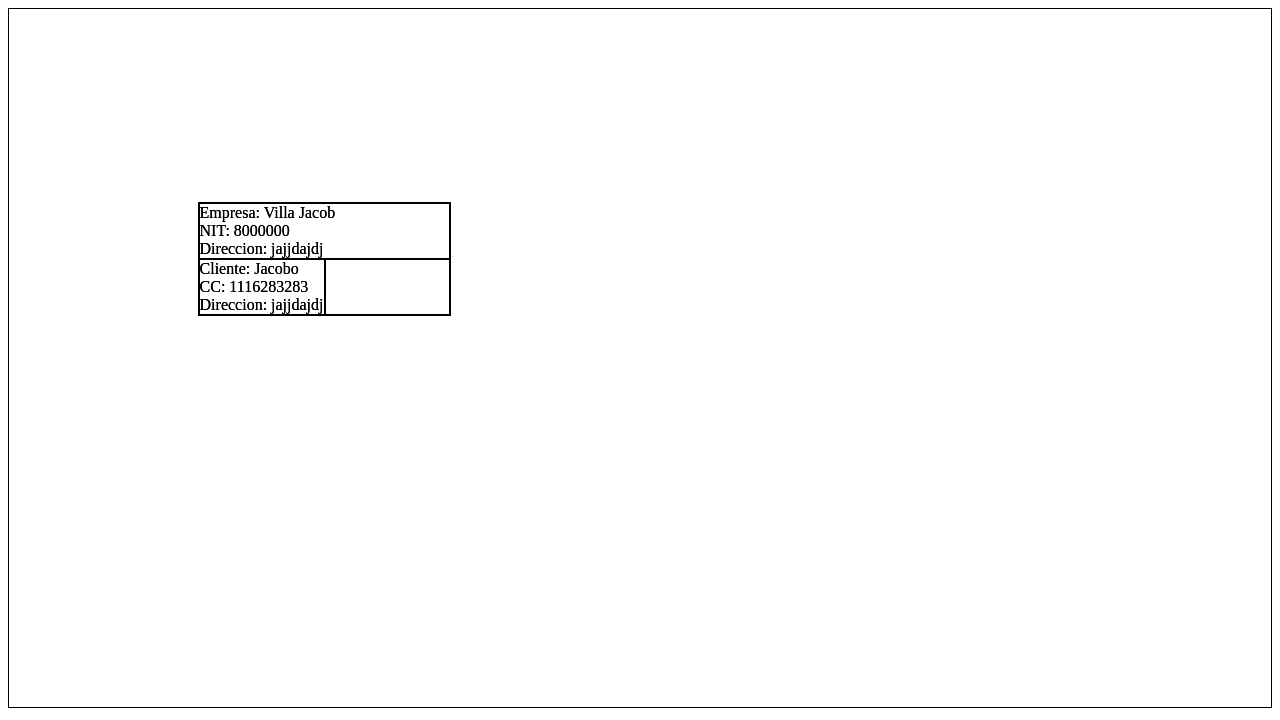
Repository: MrVanQish/FacturaEstructura
Page: index.html
The author's editor kept a copy of each file at every save. The page is drawn from the files as they stood at one save, then again after the next save.
The browser window is 1280 px wide. The pictures show the whole page.

Above is the page before, as saved 2021-09-29 09:29:21.

After the next save:
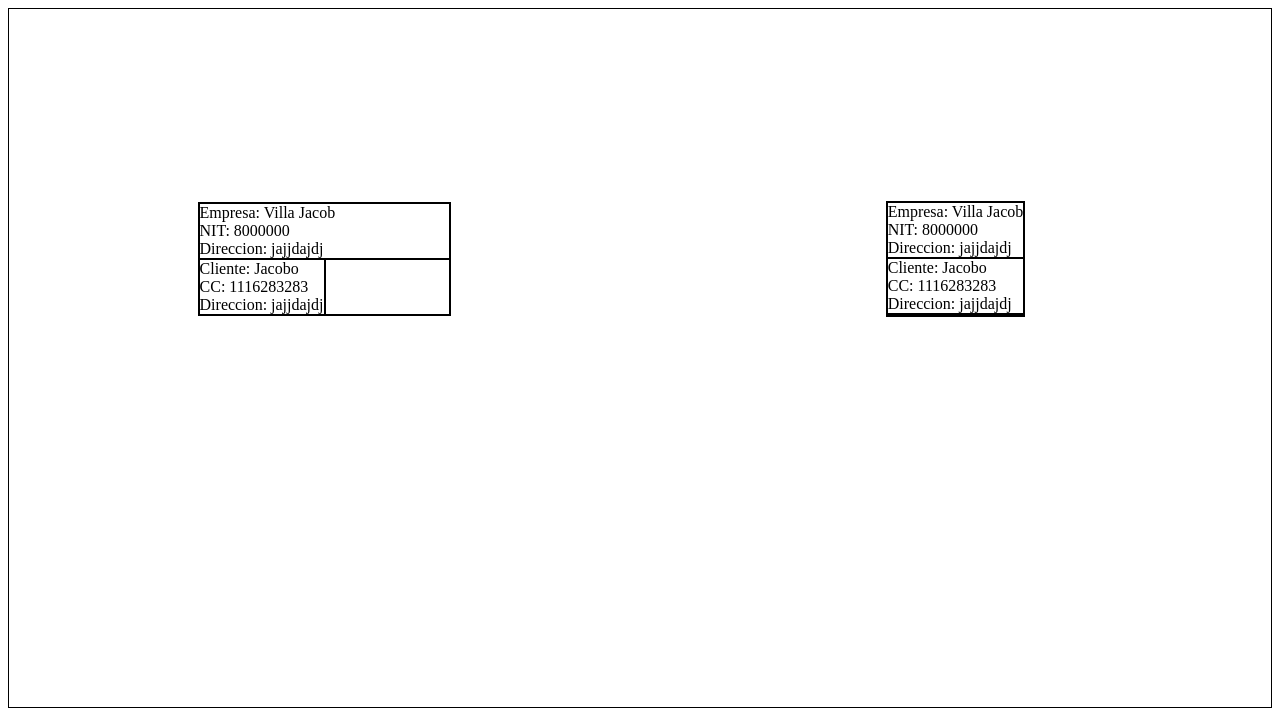
Saved 5 s later.
--- a/index.html
+++ b/index.html
@@ -37,7 +37,7 @@
             </div>
         </div>
 
-        <div class="factura1">
+        <div class="factura2">
             <div class="infoEmpresa-f">
                 Empresa: Villa Jacob
                 <br>
